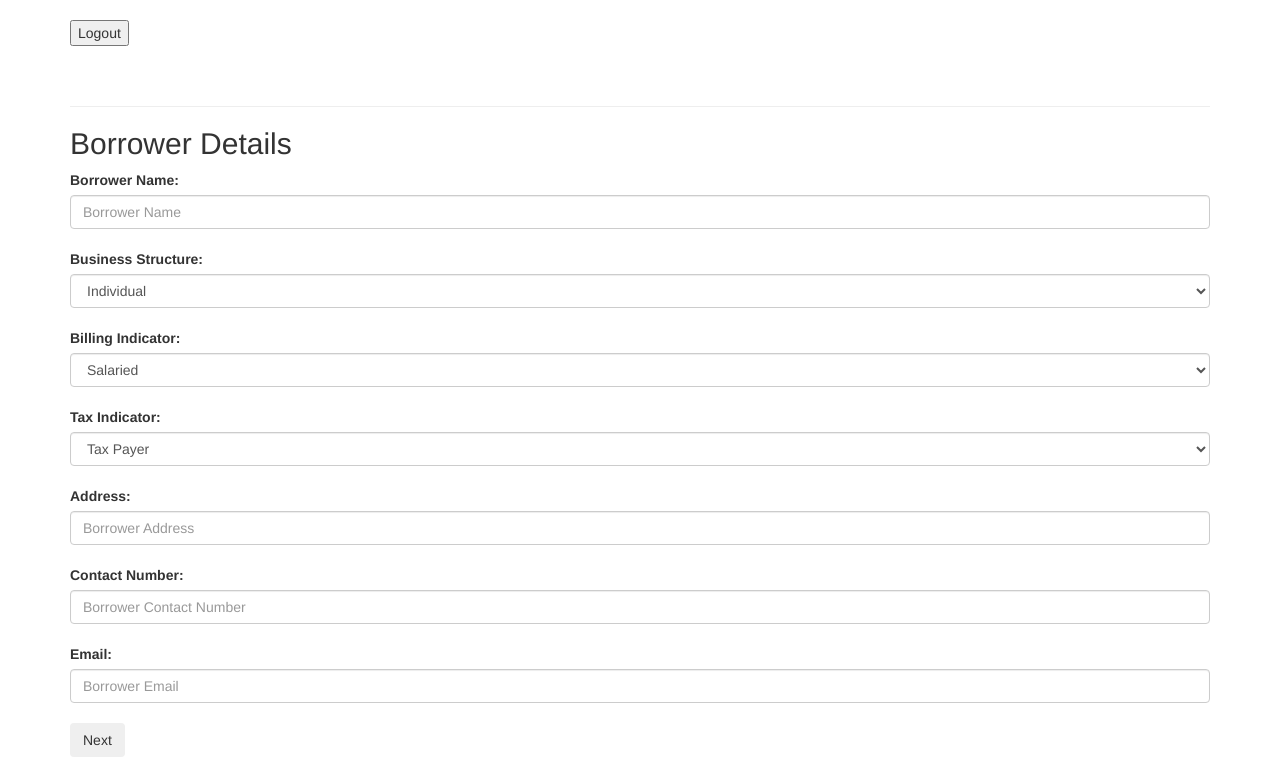
Repository: Bayvao/E-Loan-Project
Page: http://localhost/E-Loan-Project/WEB-INF/views/borrower-details-form.jsp
These files come from the project's save history. The page is drawn as it stood at one moment and after the next save; the edit follows.
The browser window is 1280 px wide. The pictures show the whole page.
The page is served by Tomcat 9. Nobody is signed in. Other server files are loaded and not shown. The template is opened directly, without the code that normally fills it, so the values that code supplies are empty.

Above is the page before, as saved 2020-07-20 12:36:55.

### E-Loan-Project/src/main/webapp/WEB-INF/views/borrower-details-form.jsp
<%@ taglib prefix="form" uri="http://www.springframework.org/tags/form"%>
<%@ taglib prefix="security"
	uri="http://www.springframework.org/security/tags"%>
<%@ taglib prefix="c" uri="http://java.sun.com/jsp/jstl/core"%>

<!DOCTYPE html>
<html lang="en">
<head>
<title>Borrower Details</title>
<meta charset="utf-8">
<meta name="viewport" content="width=device-width, initial-scale=1">
<link rel="stylesheet"
	href="https://maxcdn.bootstrapcdn.com/bootstrap/3.4.1/css/bootstrap.min.css">
<script
	src="https://ajax.googleapis.com/ajax/libs/jquery/3.5.1/jquery.min.js"></script>
<script
	src="https://maxcdn.bootstrapcdn.com/bootstrap/3.4.1/js/bootstrap.min.js"></script>

<style>
.error {
	color: red;
}
</style>
</head>
<body>
	<div class="container">
		<br />

		<!-- Add a logout button -->
		<form:form action="${pageContext.request.contextPath}/logout"
			method="POST">

			<input type="submit" value="Logout" />

		</form:form>

		<!-- display user name and role -->
		<br /> <br />
		<p>

			<security:authorize access="isAuthenticated()">
        User: <security:authentication property="principal.username" />
        Role(s): <security:authentication
					property="principal.authorities" />
			</security:authorize>
		</p>

		<hr>
		<h2>Borrower Details</h2>
		<form:form
			action="${pageContext.request.contextPath}/loan/processBorrower"
			modelAttribute="loanBorrower">

			<div>
				<label>Borrower Name: </label>

				<form:input path="bName" placeholder="Borrower Name"
					class="form-control" />
				<form:errors path="bName" cssClass="error" />
			</div>
			<br>
			<div>
				<label>Business Structure: </label>
				<form:select path="bStructure" class="form-control">
					<form:option value="Individual">Individual</form:option>
					<form:option value="Organizational">Organizational</form:option>

				</form:select>
			</div>
			<br>
			<div>
				<label>Billing Indicator: </label>
				<form:select path="bIndicator" class="form-control">
					<form:option value="Salaried">Salaried</form:option>
					<form:option value="Non-Salaried">Non-Salaried</form:option>

				</form:select>
			</div>
			<br>
			<div>
				<label>Tax Indicator: </label>
				<form:select path="tIndicator" class="form-control">
					<form:option value="Tax Payer">Tax Payer</form:option>
					<form:option value="Not Tax Payer">Non Tax Payer</form:option>

				</form:select>
			</div>
			<br>
			<div>
				<label>Address: </label>
				<form:input path="bAddress" placeholder="Borrower Address"
					class="form-control" />
				<form:errors path="bAddress" cssClass="error" />
			</div>
			<br>
			<div>
				<label>Contact Number: </label>
				<form:input path="bContactNo" placeholder="Borrower Contact Number"
					class="form-control" />
				<form:errors path="bContactNo" cssClass="error" />
			</div>
			<br>
			<div>
				<label>Email: </label>
				<form:input path="bEmail" placeholder="Borrower Email"
					class="form-control" />
				<form:errors path="bEmail" cssClass="error" />
			</div>
			<br>
			<div>
				<button type="submit" class="btn btn-blue text-center">Next</button>
			</div>
		</form:form>
	</div>

</body>
</html>

After the next save:
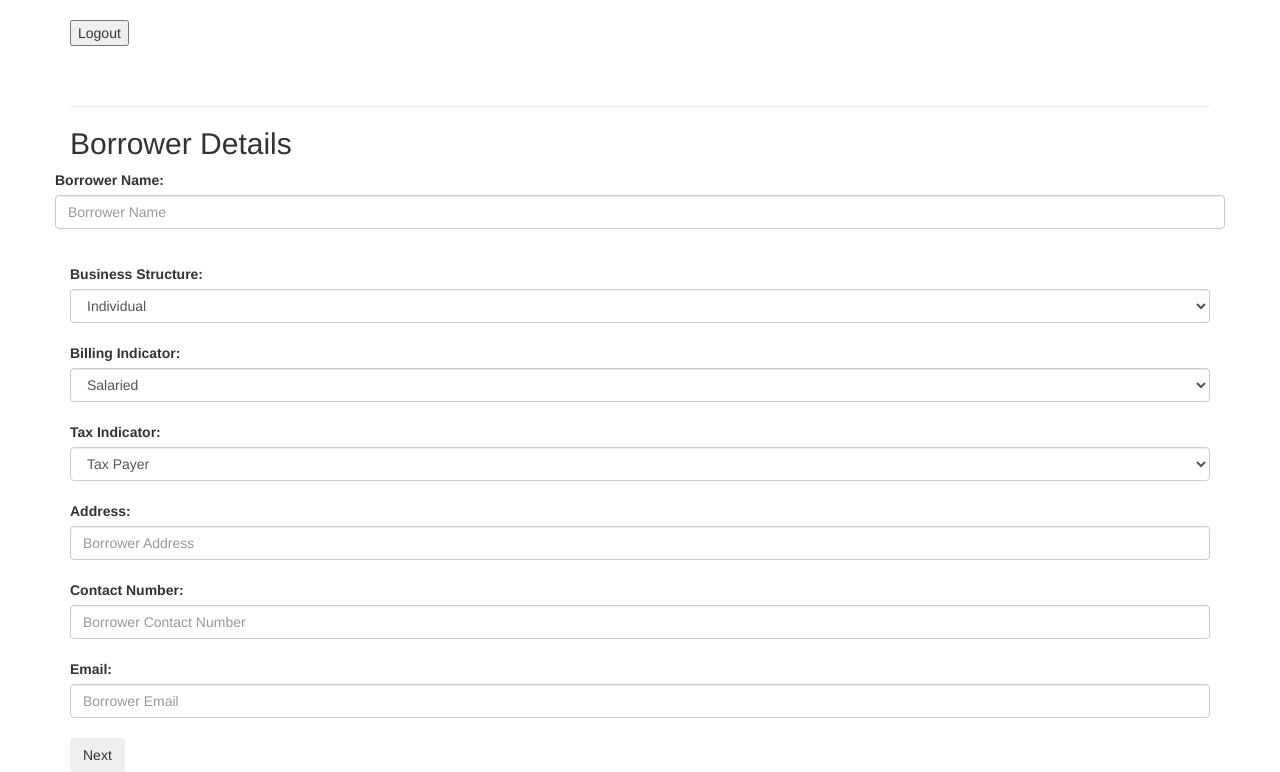
Saved 18 s later.
--- a/E-Loan-Project/src/main/webapp/WEB-INF/views/borrower-details-form.jsp
+++ b/E-Loan-Project/src/main/webapp/WEB-INF/views/borrower-details-form.jsp
@@ -51,7 +51,7 @@
 			action="${pageContext.request.contextPath}/loan/processBorrower"
 			modelAttribute="loanBorrower">
 
-			<div>
+			<div  class="form-group row">
 				<label>Borrower Name: </label>
 
 				<form:input path="bName" placeholder="Borrower Name"
